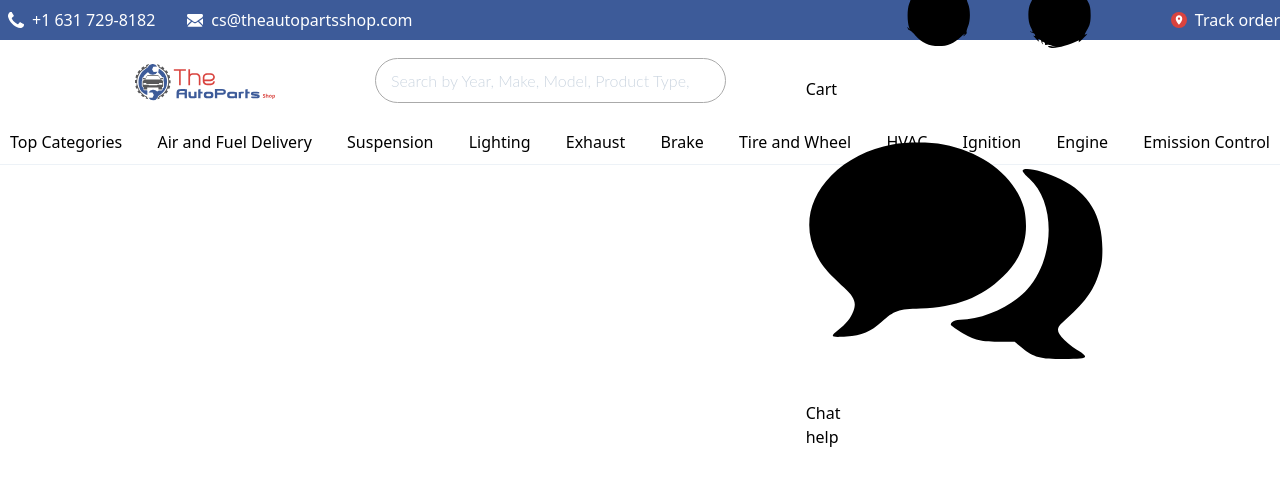
Repository: robindhimanspineor/TAPS-Next
Page: /
These files come from the project's save history. The page is drawn as it stood at one moment and after the next save; the edit follows.
The browser window is 1280 px wide. The pictures show the whole page.
The project was rebuilt for these pictures with package versions that can differ from the ones it lists, and the page was loaded fresh each time. The framework's server and built-in components were replaced by stand-ins that run in the browser. Also part of the build but not shown: next.config.js, src/components/common/header/navigation/shoppingcart/cartdropdown.tsx. Imported but missing from the stored project, and not drawn on this page: src/components/common/ClickAwayListener, src/components/common/queries/Cart, src/environment, src/utils/mutations.

Above is the page before, as saved 2021-09-16 17:51:15.

### src/pages/index.tsx
// import { useRouter } from 'next/router';

// import { Meta } from '../layout/Meta';
// import { Main } from '../templates/Main';
import Header from '../components/common/header';

const Index = () => {
  // const router = useRouter();

  return (
    // <Main
    //   meta={
    //     <Meta
    //       title="Next.js Boilerplate Presentation"
    //       description="Next js Boilerplate is the perfect starter code for your project. Build your React application with the Next.js framework."
    //     />
    //   }
    // >
    // </Main>
    <div>
      <main className="main-container block">
        <Header />
      </main>
    </div>
  );
};

export default Index;

### src/styles/main.css
@tailwind base;
a {
  @apply text-blue-700;
}

a:hover {
  @apply border-b-2 border-blue-700;
}

@tailwind components;
@tailwind utilities;
.content p {
  @apply my-6;
}

.content ul {
  @apply my-6;
}

a {
  text-decoration: none;
  color: black;
}

.main-header {
  display: flex;
  flex-direction: row;
  flex-wrap: nowrap;
  align-content: flex-start;
  align-items: center;
  height: 80px;
  max-width: 1580px;
  flex-grow: 1;
  width: 100%;
  padding: 0 125px 0 115px;
}

.logo {
  flex-basis: 260px;
  display: flex;
  align-items: center;
  justify-content: flex-start;
  padding-left: 20px;
}

.logo a {
  display: inline-block;
}

.logo a span {
  display: block;
  margin-top: 5px;
  width: 140px;
}

.searchbar {
  flex: 1;
}

.searchbar .form-group-wrapper {
  position: relative;
}

.searchbar .form-group-wrapper input {
  padding-right: 35px;
}

.searchbar input {
  border-radius: 50px;
  padding-right: 10px;
}

.react-autosuggest__input {
  width: 100%;
  height: 45px;
  padding: 0 65px 0 15px;
  font-weight: 300;
  font-size: 16px;
  border: 1px solid #aaa;
  border-radius: 4px;
  font-family: 'Lato';
}

.searchbar .form-group-wrapper .search-icon {
  position: absolute;
  top: 4px;
  bottom: 4px;
  right: 10px;
  border-radius: 0 3px 3px 0;
}

.cart-buttons {
  /* flex-basis: 550px; */
  flex-basis: 300px;
  height: 80px;
  display: flex;
  flex-direction: row;
  flex-wrap: nowrap;
  align-items: center;
  margin-left: 60px;
  padding-left: 40px;
  padding-left: 20px;
  padding-right: 8px;
}

.cart-buttons .buttons-list {
  width: 100%;
}

### src/components/common/header/index.tsx
import TopHeader from './top-header';
import MainHeader from './main-header';
import CategoriesHeader from './categories-header';

const Header = () => {
  return (
    <header className="flex flex-col items-center justify-center w-full static border-b z-50">
      <TopHeader />
      <MainHeader />
      <CategoriesHeader />
    </header>
  );
};

export default Header;

### src/components/common/header/top-header.tsx
import PhoneHandle from '../../../svg/PhoneHandleSvg.js';
import MailBoxSvg from '../../../svg/MailBoxSvg.js';
import TrackOrderSvg from '../../../svg/TrackOrderSvg.js';

import topHeaderStyles from '../../../styles/top-header.module.css';
const TopHeader = () => {
  return (
    <div className={`${topHeaderStyles.bgBlue} head-top py-2 w-full text-base`}>
      <div className="w-screen max-w-screen-xl flex justify-between mx-auto">
        <div className="head-top-left flex text-white font-medium pl-2">
          <div className="head-top-phone flex items-center text-white w-auto">
            <div
              className="text-white h-6 w-6 flex items-center pr-2"
              style={{ fill: '#fff' }}
            >
              <PhoneHandle />
            </div>
            <p>+1 631 729-8182</p>
          </div>
          <div className="heap-top-email flex items-center text-white w-auto ml-8">
            <div
              className="text-white h-6 w-6 flex items-center pr-2"
              style={{ fill: '#fff' }}
            >
              <MailBoxSvg />
            </div>
            <p>cs@theautopartsshop.com</p>
          </div>
        </div>
        <div className="head-top-right text-white font-medium">
          <div
            className="head-top-track-order flex items-center text-white w-auto cursor-pointer"
            onClick={() => console.log('track order')}
          >
            <div
              className="text-white h-6 w-6 flex items-center pr-2 "
              style={{ fill: '#fff' }}
            >
              <TrackOrderSvg />
            </div>
            <p>Track order</p>
          </div>
        </div>
      </div>
    </div>
  );
};
export default TopHeader;

### src/components/common/header/main-header.tsx
import Logo from './logo';
import Navigation from './navigation/Navigation';
import SearchBar from './searchbar';

const MainHeader = () => {
  return (
    <div className="main-header">
      <Logo />
      <SearchBar />
      <Navigation />
    </div>
  );
};

export default MainHeader;

### src/components/common/header/categories-header.tsx
import Link from 'next/link';
const CategoriesHeader = () => {
  return (
    <div className="header-categories w-screen max-w-screen-xl flex justify-between ">
      <Link href="/">
        <a className="m-2.5 text-black">Top Categories</a>
      </Link>
      <Link href="/air-and-fuel-delivery">
        <a className="m-2.5 text-black">Air and Fuel Delivery</a>
      </Link>
      <Link href="/suspension">
        <a className="m-2.5 text-black">Suspension</a>
      </Link>
      <Link href="/electrical-lighting-and-body">
        <a className="m-2.5 text-black">Lighting</a>
      </Link>
      <Link href="/exhaust">
        <a className="m-2.5 text-black">Exhaust</a>
      </Link>
      <Link href="/brake">
        <a className="m-2.5 text-black">Brake</a>
      </Link>
      <Link href="/tire-and-wheel">
        <a className="m-2.5 text-black">Tire and Wheel</a>
      </Link>
      <Link href="/hvac">
        <a className="m-2.5 text-black">HVAC</a>
      </Link>
      <Link href="/ignition">
        <a className="m-2.5 text-black">Ignition</a>
      </Link>
      <Link href="/engine">
        <a className="m-2.5 text-black">Engine</a>
      </Link>
      <Link href="/emission-control">
        <a className="m-2.5 text-black">Emission Control</a>
      </Link>
    </div>
  );
};

export default CategoriesHeader;

### src/styles/top-header.module.css
.bgBlue {
  background-color: #3d5b99;
}

### src/components/common/header/navigation/Navigation.tsx
import React from 'react';
import ShoppingCart from './shoppingcart/ShoppingCart';
import Chat from './chat';
import Login from './Login';
import Help from './help';

const Navigation = () => (
  <div className="cart-buttons">
    <div className="buttons-list">
      <ul>
        <Login />
        <ShoppingCart />
        <Chat />
        <Help />
      </ul>
    </div>
  </div>
);

export default Navigation;

### src/components/common/header/searchbar.tsx
import { useState } from 'react';

const SearchBar = () => {
  const [value, setvalue] = useState('');

  const onChange = (event: any) => {
    setvalue(event.target.value);
  };

  const handleSearch = (event: any) => {
    event.preventDefault();
    // if (state.value.trim().length === 0) {
    //   document.getElementById('searchinput').classList.add('error');
    // } else {
    //   const path = `/search/${encodeURIComponent(state.value.trim())}`;
    //   // GA Tracling
    //   dataLayer.push({
    //     'search-input': this.state.value,
    //   });

    //   this.props.router.push(path);
    // }
  };

  // render() {
  //   const { value } = this.state;

  return (
    <div className="searchbar">
      <form id="textSearchForm" onSubmit={handleSearch}>
        <div className="form-group-wrapper">
          <input
            type="text"
            id="searchinput"
            placeholder="Search by Year, Make, Model, Product Type, Part Number or Brand..."
            value={value}
            onChange={onChange}
            className="react-autosuggest__input"
            aria-label="Search part you need"
            autoComplete="off"
          />

          <div className="search-icon">
            <button type="submit" id="searchButton" aria-label="Search">
              <span>
                <svg
                  x="0px"
                  y="0px"
                  viewBox="0 0 52.966 52.966"
                  style={{ enableBackground: 'new 0 0 52.966 52.966' }}
                  xmlSpace="preserve"
                  aria-label="search icon"
                >
                  {' '}
                  <path
                    d="M51.704,51.273L36.845,35.82c3.79-3.801,6.138-9.041,6.138-14.82c0-11.58-9.42-21-21-21s-21,9.42-21,21s9.42,21,21,21
                                    c5.083,0,9.748-1.817,13.384-4.832l14.895,15.491c0.196,0.205,0.458,0.307,0.721,0.307c0.25,0,0.499-0.093,0.693-0.279
                                    C52.074,52.304,52.086,51.671,51.704,51.273z M21.983,40c-10.477,0-19-8.523-19-19s8.523-19,19-19s19,8.523,19,19
                                    S32.459,40,21.983,40z"
                    fill="#FFFFFF"
                  />
                </svg>
              </span>
            </button>
          </div>
        </div>
      </form>
    </div>
  );
};

export default SearchBar;

### src/components/common/header/navigation/shoppingcart/ShoppingCart.tsx
import React from 'react';
import CartDropDown from './cartdropdown';
import { QueryRenderer } from 'react-relay';
import environment from '../../../../../environment';
import CartQuery from '../../../queries/Cart';
import { getCookie, replaceCookie } from '../../../../../helpers';

class ShoppingCart extends React.Component {
  state = {
    open: false,
    type: '',
  };

  handleToggle = () => {
    this.setState(state => ({ open: !state.open, type: 'cart' }));
    setTimeout(() => {
      if (this.state.open && this.props.items > 0) {
        const overlay = document.getElementById('overlay');
        overlay.style.opacity = 1;
        overlay.style.zIndex = 9;
        overlay.style.transition = 'opacity 0.2s ease-in-out';
        document.body.classList.add('overflow-hidden');
      } else {
        const overlay = document.getElementById('overlay');
        overlay.style.opacity = 0;
        overlay.style.zIndex = -1;
        overlay.style.transition = 'opacity 0.2s ease-in-out';
        document.body.classList.remove('overflow-hidden');
      }
    }, 10);
  };

  handleClose = () => {
    if (this.state.type === 'cart') {
      this.setState({ open: false, type: '' });
      const overlay = document.getElementById('overlay');
      overlay.style.opacity = 0;
      overlay.style.zIndex = -1;
      overlay.style.transition = 'opacity 0.2s ease-in-out';
      document.body.classList.remove('overflow-hidden');
    }
  };

  render() {
    const { open } = this.state;
    const { cart, items } = this.props;

    return (
      <li className="full-cart">
        <div className="wrap" onClick={this.handleToggle} role="presentation">
          <span>
            <span className="nav-icon">
              <svg xmlns="http://www.w3.org/2000/svg" version="1.0" width="256.000000pt" height="256.000000pt" viewBox="0 0 256.000000 256.000000" preserveAspectRatio="xMidYMid meet">
                <g transform="translate(0.000000,256.000000) scale(0.100000,-0.100000)" fill="#000000" stroke="none">
                  <path d="M238 2332 c-15 -17 -14 -90 0 -104 8 -8 50 -11 121 -9 121 3 154 -7 186 -56 13 -19 47 -195 117 -598 54 -313 100 -580 101 -592 1 -12 6 -21 11 -20 5 1 11 -4 14 -12 3 -9 0 -11 -8 -6 -7 4 -2 -6 11 -24 28 -38 38 -41 14 -4 -16 25 -14 25 19 -6 38 -37 48 -52 19 -30 -15 11 -16 11 -6 -1 7 -7 21 -15 30 -16 10 -2 42 -10 72 -18 82 -24 1157 -25 1180 -1 25 25 22 71 -7 97 -14 13 -23 19 -20 13 4 -7 -185 -9 -560 -8 -508 2 -570 4 -599 19 -45 23 -62 53 -77 135 l-14 69 557 0 556 0 51 24 c28 13 55 29 58 35 10 15 29 14 20 -1 -13 -22 37 25 58 55 11 15 21 40 23 55 1 15 39 140 84 278 44 139 81 260 81 271 0 10 -6 25 -12 33 -11 12 -10 12 4 1 9 -7 19 -25 21 -39 l4 -27 2 26 c0 16 -9 34 -26 50 -14 13 -23 18 -18 10 6 -11 4 -13 -9 -8 -10 4 -370 7 -800 7 l-782 0 -21 118 c-12 64 -24 126 -28 137 -6 17 -5 17 5 5 10 -13 11 -13 7 0 -2 8 -10 15 -17 15 -7 0 -15 6 -18 14 -3 9 0 11 9 5 12 -6 12 -5 0 9 -8 10 -16 15 -19 12 -3 -2 -22 11 -43 30 -22 20 -60 40 -91 49 -71 20 -246 25 -260 8z" />
                  <path d="M720 1958 c0 -17 43 -18 788 -16 l787 3 -779 2 c-609 3 -782 6 -788 16 -5 8 -8 7 -8 -5z" />
                  <path d="M948 698 c16 -6 16 -7 -1 -7 -28 -1 -79 -30 -122 -70 -21 -20 -33 -27 -25 -16 14 18 14 19 -2 6 -10 -7 -16 -17 -13 -21 3 -4 -2 -25 -11 -46 -16 -39 -16 -135 0 -179 7 -17 6 -17 -4 -5 -10 13 -11 13 -7 0 2 -8 8 -15 13 -15 6 0 25 -17 44 -38 48 -55 103 -80 175 -80 69 0 111 17 170 72 21 20 33 27 25 16 -14 -18 -14 -19 2 -6 10 7 16 17 13 21 -3 4 2 24 10 44 19 45 19 127 0 172 -8 20 -13 40 -10 44 7 11 -56 75 -87 91 -17 8 -15 4 7 -15 17 -14 33 -25 36 -26 4 0 15 -12 24 -27 15 -24 12 -23 -21 8 -42 40 -92 69 -121 70 -17 0 -17 1 -1 7 10 4 -12 7 -47 7 -35 0 -57 -3 -47 -7z" />
                  <path d="M1845 689 c-16 -5 -36 -7 -43 -4 -8 3 -10 0 -6 -7 5 -8 2 -9 -10 -5 -11 5 -29 -5 -54 -29 -20 -20 -31 -33 -23 -28 9 4 12 2 9 -7 -3 -8 -10 -14 -15 -14 -6 0 -15 -4 -20 -9 -5 -5 -3 -6 5 -2 16 10 15 1 -5 -37 -21 -41 -20 -134 1 -175 19 -37 20 -46 4 -36 -8 4 -10 3 -5 -2 5 -5 14 -9 20 -9 5 0 12 -6 15 -14 3 -9 0 -11 -9 -6 -8 5 -3 -4 10 -18 25 -28 37 -35 25 -16 -4 7 -1 10 7 7 8 -3 14 -10 14 -15 0 -6 4 -15 9 -20 5 -5 6 -2 1 6 -5 9 -3 12 6 9 8 -3 13 -10 12 -16 -2 -6 3 -9 10 -7 6 3 26 0 42 -5 l30 -10 -35 5 c-27 4 -31 2 -18 -6 29 -17 134 6 222 49 5 3 5 -2 1 -9 -4 -8 8 2 28 20 36 34 47 48 27 36 -15 -9 -12 0 13 42 17 29 22 54 22 103 0 49 -5 74 -22 103 -26 44 -28 51 -10 41 6 -4 -4 9 -22 29 -34 36 -48 47 -36 27 9 -15 -1 -12 -37 10 -35 21 -31 28 5 9 17 -9 20 -9 11 1 -15 15 -138 21 -179 9z" />
                </g>
              </svg>
            </span>
            {items > 0 ? <span className="meta">{items}</span> : null}
          </span>
          <span className="icon_label">Cart</span>
        </div>
        {items > 0 ? (
          <CartDropDown
            handleClose={this.handleClose}
            environment={environment}
            cart={cart}
            open={open}
            getCartItems={this.props.getCartItems}
          />
        ) : null}
      </li>
    );
  }
}

const Cart = parentProps => (
  <QueryRenderer
    environment={environment}
    query={CartQuery}
    variables={{
      cart_id: parentProps.cartID,
      user_id: parentProps.userID,
      operation: 'view_cart',
      zip_code: parentProps.zipcode,
    }}
    render={({ error, props }) => {
      const emptyCart = [];
      if (error) {
        return (
          <ShoppingCart
            cart={emptyCart}
            items={0}
            getCartItems={parentProps.getCartItems}
          />
        );
      } else if (props) {
        if (props.store.outerCart.cart.is_new) {
          replaceCookie('cart_id', props.store.outerCart.cart.cart_id);
        }
        return (
          <ShoppingCart
            items={props.store.outerCart.cart.totalNumberOfItems}
            cart={props.store.outerCart.cart.cart_entry}
            getCartItems={parentProps.getCartItems}
          />
        );
      }
      return (
        <ShoppingCart
          cart={emptyCart}
          items={0}
          getCartItems={parentProps.getCartItems}
        />
      );
    }}
  />
);

const CartContainer = props => {
  const emptyCart = [];
  const cartID = getCookie('cart_id');
  const userID = getCookie('taps_uuid');
  const zipcode =
    typeof window !== 'undefined' &&
      sessionStorage &&
      sessionStorage.getItem('zipcode') !== null
      ? sessionStorage.getItem('zipcode')
      : '';
  if (cartID && userID) {
    return (
      <Cart
        cartID={cartID}
        userID={userID}
        getCartItems={props.getCartItems}
        zipcode={zipcode}
      />
    );
  }
  return (
    <ShoppingCart
      cart={emptyCart}
      items={0}
      getCartItems={props.getCartItems}
    />
  );
};

export default CartContainer;

### src/components/common/header/navigation/chat.tsx
import CommentsSvg from '../../../../svg/CommentsSvg.js';

const Chat = () => {
  return (
    <li
      className="chat-button"
      onClick={() => console.log('loadchat')}
      role="presentation"
    >
      <div className="wrap">
        <span className="nav-icon">
          <CommentsSvg />
        </span>
        <span className="icon_label">Chat</span>
      </div>
    </li>
  );
};

export default Chat;

### src/components/common/header/navigation/help.tsx
const Help = () => {
  return <h1>help</h1>;
};

export default Help;

### src/helpers/index.ts
import Cookies from 'universal-cookie';
// import { uuid } from 'uuidv4';
import { v4 as uuid_v4 } from 'uuid';

export const getYears = () => [
  {
    key: '2021',
    value: '2021',
  },
  {
    key: '2020',
    value: '2020',
  },
  {
    key: '2019',
    value: '2019',
  },
  {
    key: '2018',
    value: '2018',
  },
  {
    key: '2017',
    value: '2017',
  },
  {
    key: '2016',
    value: '2016',
  },
  {
    key: '2015',
    value: '2015',
  },
  {
    key: '2014',
    value: '2014',
  },
  {
    key: '2013',
    value: '2013',
  },
  {
    key: '2012',
    value: '2012',
  },
  {
    key: '2011',
    value: '2011',
  },
  {
    key: '2010',
    value: '2010',
  },
  {
    key: '2009',
    value: '2009',
  },
  {
    key: '2008',
    value: '2008',
  },
  {
    key: '2007',
    value: '2007',
  },
  {
    key: '2006',
    value: '2006',
  },
  {
    key: '2005',
    value: '2005',
  },
  {
    key: '2004',
    value: '2004',
  },
  {
    key: '2003',
    value: '2003',
  },
  {
    key: '2002',
    value: '2002',
  },
  {
    key: '2001',
    value: '2001',
  },
  {
    key: '2000',
    value: '2000',
  },
  {
    key: '1999',
    value: '1999',
  },
  {
    key: '1998',
    value: '1998',
  },
  {
    key: '1997',
    value: '1997',
  },
  {
    key: '1996',
    value: '1996',
  },
  {
    key: '1995',
    value: '1995',
  },
  {
    key: '1994',
    value: '1994',
  },
  {
    key: '1993',
    value: '1993',
  },
  {
    key: '1992',
    value: '1992',
  },
  {
    key: '1991',
    value: '1991',
  },
  {
    key: '1990',
    value: '1990',
  },
  {
    key: '1989',
    value: '1989',
  },
  {
    key: '1988',
    value: '1988',
  },
  {
    key: '1987',
    value: '1987',
  },
  {
    key: '1986',
    value: '1986',
  },
  {
    key: '1985',
    value: '1985',
  },
  {
    key: '1984',
    value: '1984',
  },
  {
    key: '1983',
    value: '1983',
  },
  {
    key: '1982',
    value: '1982',
  },
  {
    key: '1981',
    value: '1981',
  },
  {
    key: '1980',
    value: '1980',
  },
  {
    key: '1979',
    value: '1979',
  },
  {
    key: '1978',
    value: '1978',
  },
  {
    key: '1977',
    value: '1977',
  },
  {
    key: '1976',
    value: '1976',
  },
  {
    key: '1975',
    value: '1975',
  },
  {
    key: '1974',
    value: '1974',
  },
  {
    key: '1973',
    value: '1973',
  },
  {
    key: '1972',
    value: '1972',
  },
  {
    key: '1971',
    value: '1971',
  },
];

export const getCookie = (name: any) => {
  const cookies = new Cookies();
  return cookies.get(name);
};

export const removeCookie = (name: any) => {
  const cookies = new Cookies();
  cookies.remove(name, {
    path: '/',
  });
};
export const setCookie = (name: any) => {
  const cookies = new Cookies();
  let timeObject = new Date();
  timeObject = new Date(timeObject.getTime() + 1000 * 10 * 365 * 24 * 60 * 60);
  cookies.set(name, uuid_v4(), {
    path: '/',
    expires: timeObject,
  });
};

export const getUuid = () => uuid_v4();

export const setCookieExpiry = (name: any, value: any, expires?: any) => {
  const cookies = new Cookies();
  cookies.set(name, value, {
    path: '/',
    expires,
  });
};

export const replaceuuid = (value: any) => {
  const cookies = new Cookies();
  let timeObject = new Date();
  timeObject = new Date(timeObject.getTime() + 1000 * 10 * 365 * 24 * 60 * 60);
  cookies.set('taps_uuid', value, {
    path: '/',
    expires: timeObject,
  });
};

export const replaceCookie = (name: any, value: any) => {
  const cookies = new Cookies();
  let timeObject = new Date();
  timeObject = new Date(timeObject.getTime() + 1000 * 10 * 365 * 24 * 60 * 60);
  cookies.set(name, value, {
    path: '/',
    expires: timeObject,
  });
};

export const generateRandomAlphanumericNumber = (len: any) => {
  let randomString = '';
  for (
    ;
    randomString.length < len;
    randomString += Math.random().toString(36).substr(2)
  );
  return randomString.substr(0, len);
};

export const removeDot = (str: any) => {
  const sanitizeString = decodeURI(str);
  return sanitizeString
    .split('/')
    .join('_')
    .replace(/[{(%+)}]/g, '');
};

Loaded but not shown: src/pages/_app.tsx (common file); src/pages/_document.tsx (common file); src/utils/AppConfig.ts (common file); src/components/common/header/navigation/Login/index.tsx (common file); tailwind.config.js (common file); src/svg/PhoneHandleSvg.js (58 lines, source omitted); src/svg/MailBoxSvg.js (65 lines, source omitted); src/svg/CommentsSvg.js (12 lines, source omitted); src/svg/TrackOrderSvg.js (17 lines, source omitted); src/components/common/header/logo.tsx (133 lines, source omitted)

After the next save:
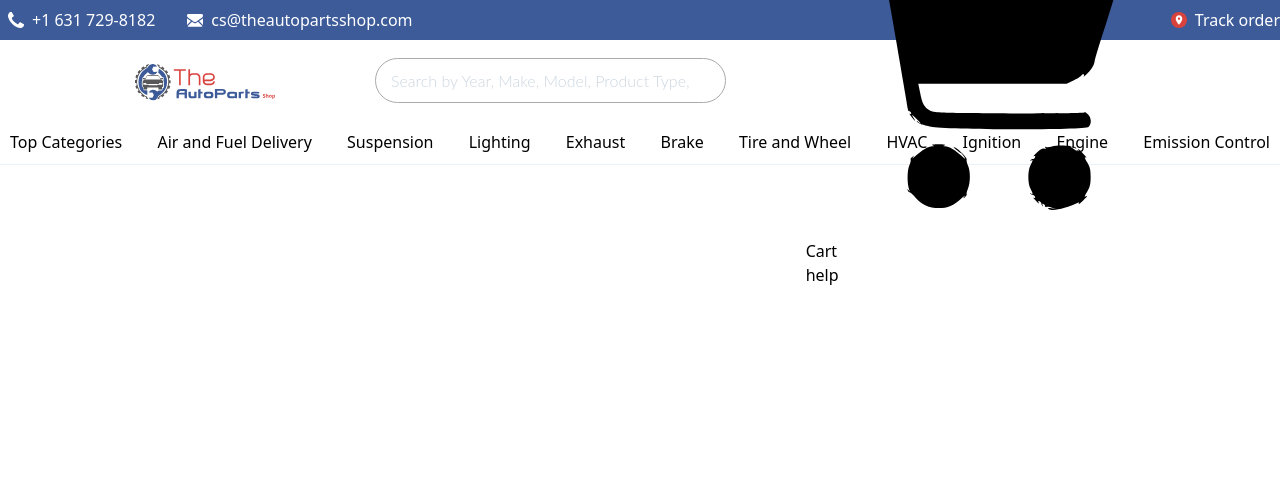
Saved 10 s later.
--- a/src/components/common/header/navigation/Navigation.tsx
+++ b/src/components/common/header/navigation/Navigation.tsx
@@ -10,7 +10,7 @@ const Navigation = () => (
       <ul>
         <Login />
         <ShoppingCart />
-        <Chat />
+        {/* <Chat /> */}
         <Help />
       </ul>
     </div>
